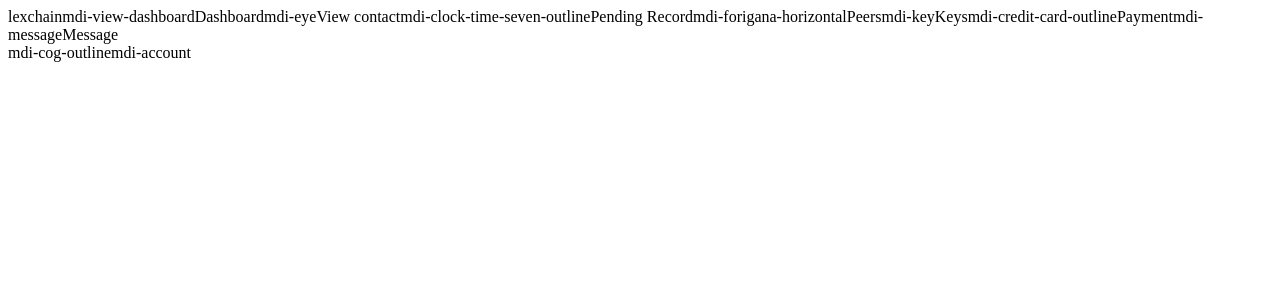
Repository: umarrg/isatmis
Page: /home
An editor plug-in stored every save of this project. The page is shown before and after a run of saves, followed by the edit.
The browser window is 1280 px wide. The pictures show the whole page.
The project was rebuilt for these pictures with package versions that can differ from the ones it lists, and the page was loaded fresh each time. Also part of the build but not shown: vue.config.js. Imported but missing from the stored project, and not drawn on this page: src/plugins/vuetify.

Above is the page before, as saved 2021-01-26 00:11:17.

After the next 2 saves:
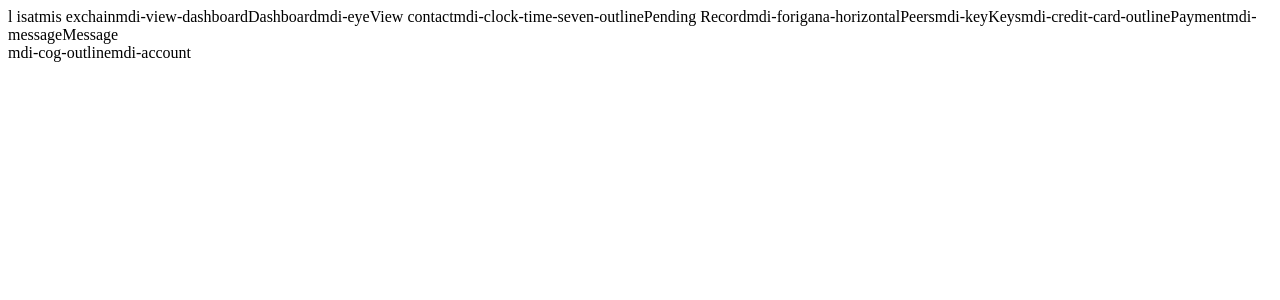
The 2 saves are shown as one change because they came seconds apart.
The last was saved 81 s later.
--- a/src/components/Navbar.vue
+++ b/src/components/Navbar.vue
@@ -32,7 +32,7 @@
       <v-layout column align-center>
         <v-flex class="mt-7 mb-8">
           <span class="text-h4 white--text font-weight-light">
-            <span class="blue--text font-weight-black">l</span>
+            <span class="blue--text font-weight-black">l</span>   isatmis
             <span class="blue--text font-weight-black">e</span>
             <span class="blue--text font-weight-black">x</span>
             <span class="blue--text font-weight-black">c</span>
